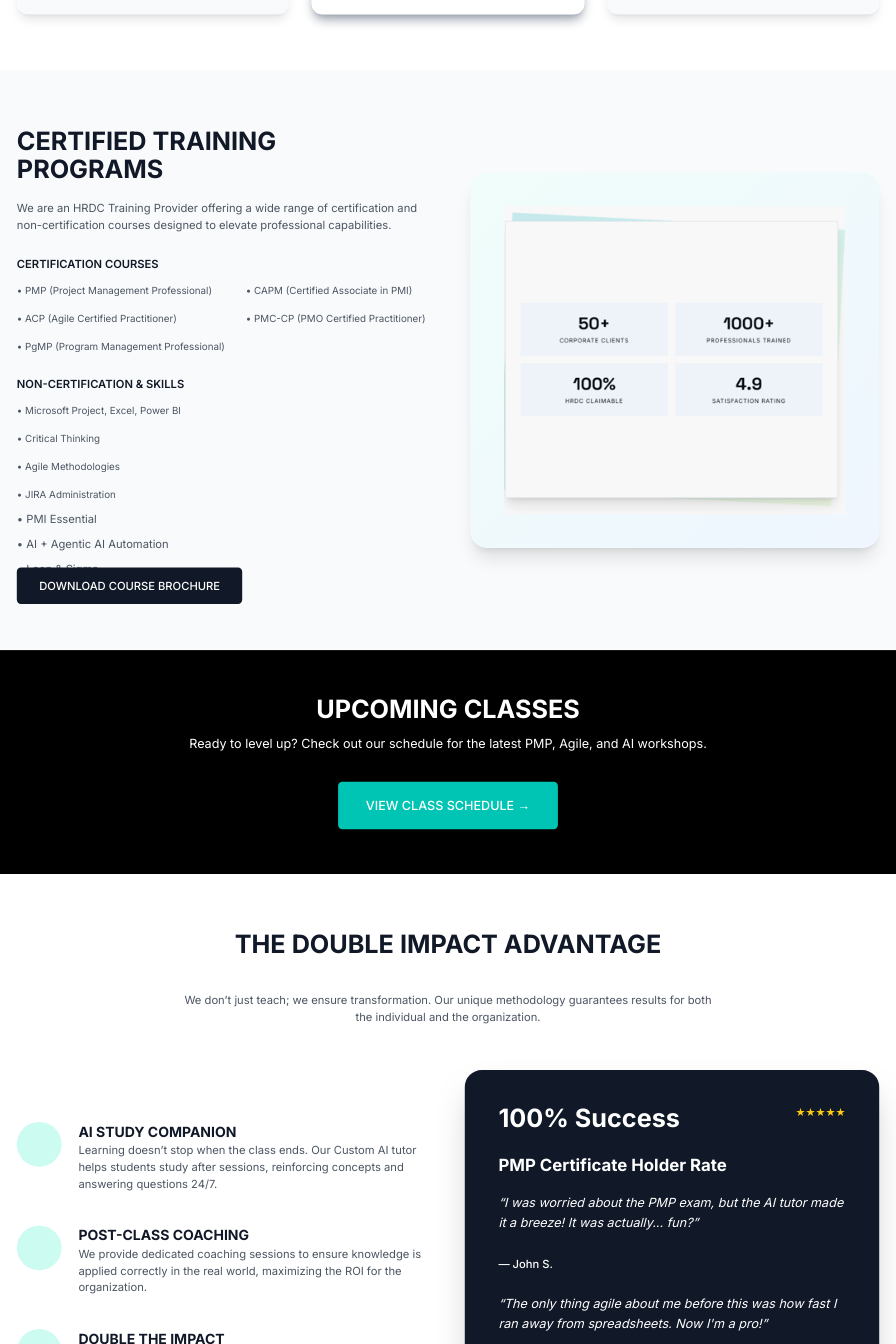
Repository: hsuntariq/web-pages
Page: impact/index.html
The author's editor kept a copy of each file at every save. The page is drawn from the files as they stood at one save, then again after the next save.
The browser window is 1280 px wide. The pictures show the part of the page from y = 1264 to 3184 px (the page is 4037 px tall before and 3929 px after), at 70% of full size.
Some web libraries are served in a nearby version.

Above is the page before, as saved 2025-12-28 20:35:05.

After the next save:
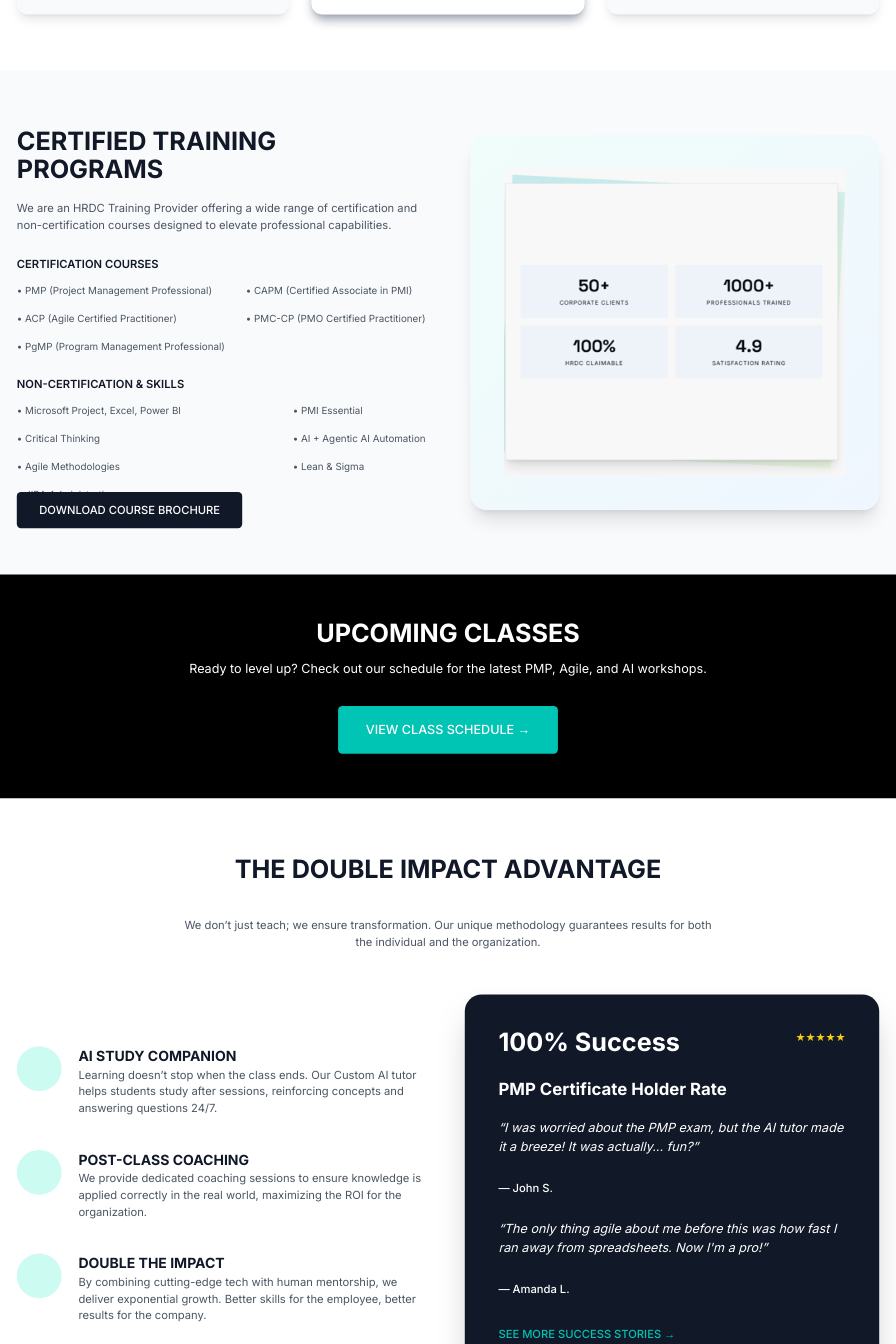
Saved 7 s later.
--- a/impact/index.html
+++ b/impact/index.html
@@ -246,11 +246,12 @@
                     <li>• Agile Methodologies</li>
                     <li>• JIRA Administration</li>
                   </div>
+                  <div class="flex flex-col gap-5">
+                    <li>• PMI Essential</li>
+                    <li>• AI + Agentic AI Automation</li>
+                    <li>• Lean & Sigma</li>
+                  </div>
                 </div>
-
-                <li>• PMI Essential</li>
-                <li>• AI + Agentic AI Automation</li>
-                <li>• Lean & Sigma</li>
               </ul>
             </div>
             <a
